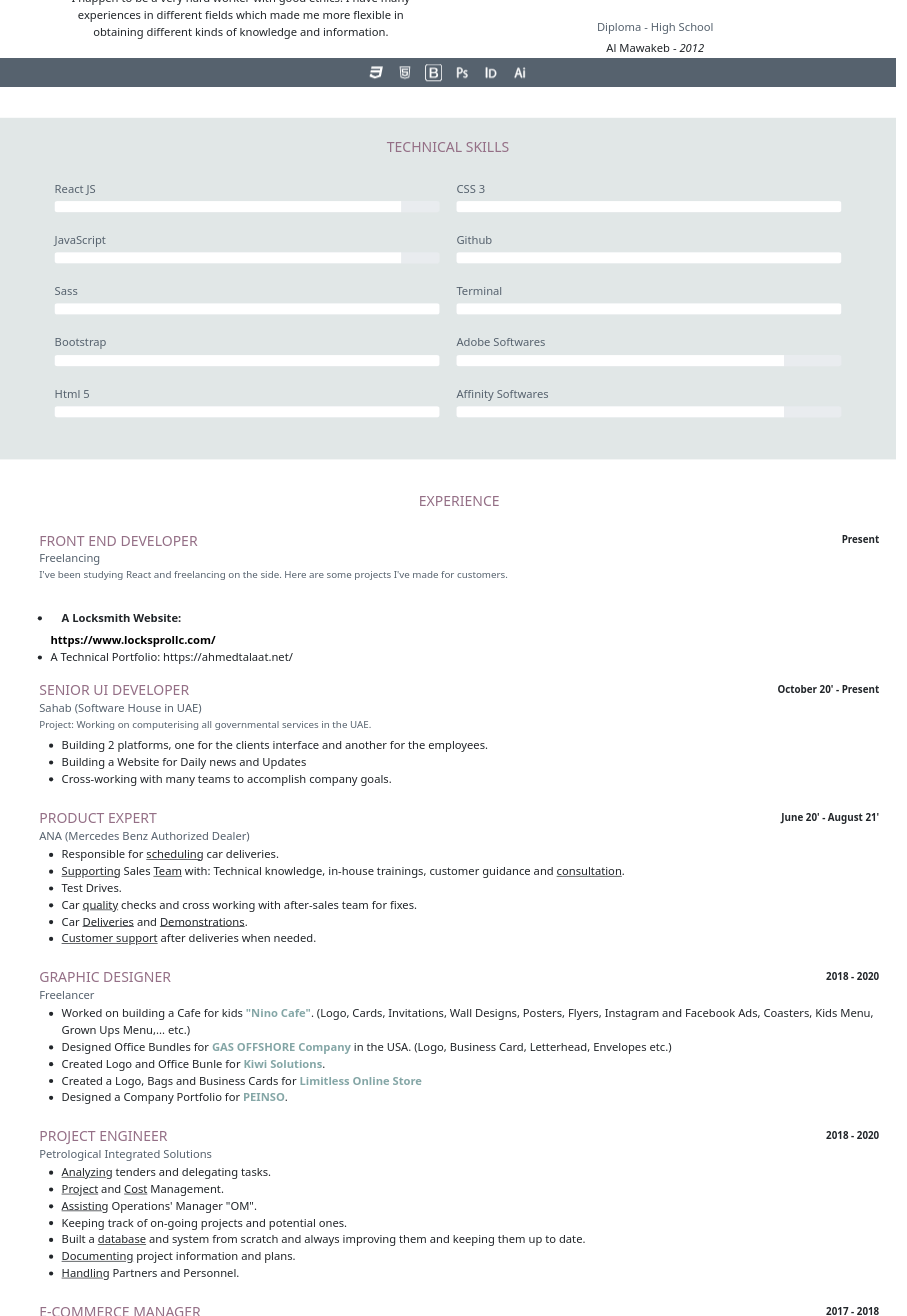
Repository: aya7abbal/my-old-portfolio
Page: resume.html
The author's editor kept a copy of each file at every save. The page is drawn from the files as they stood at one save, then again after the next save.
The browser window is 1280 px wide. The page is 1296 px wide, so the pictures cover 1296 px, including what lies to the right of the window. The pictures show the part of the page from y = 595 to 2475 px (the page is 3115 px tall), at 70% of full size.
Some web fonts or font styles are not loaded; a fallback is used. Some web libraries are served in a nearby version. The style sheet was rebuilt from its Sass, Less or Tailwind sources for each picture, by a compiler version that may differ from the author's.

Above is the page before, as saved 2022-07-07 23:48:11.

After the next save:
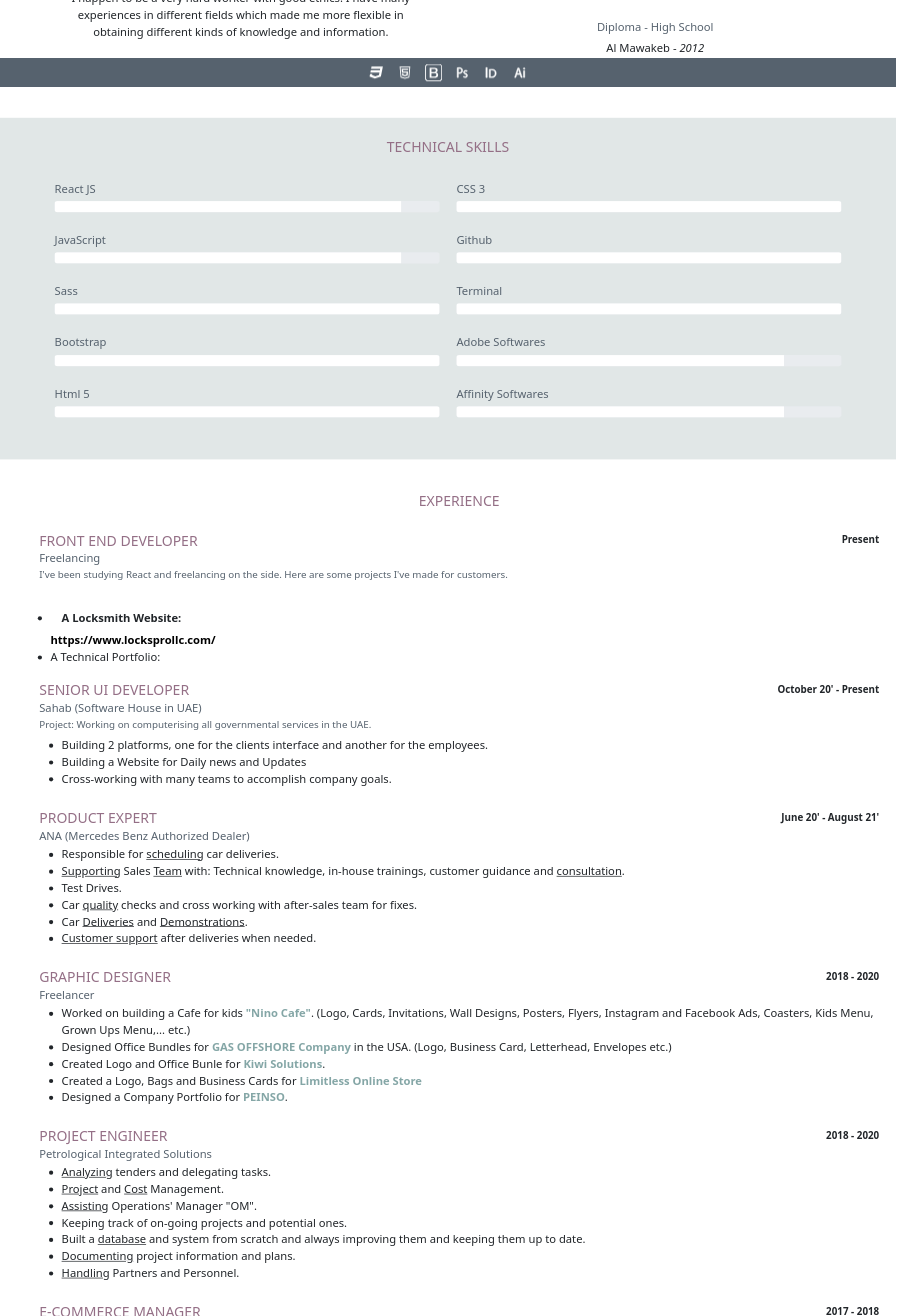
Saved 35 s later.
--- a/resume.html
+++ b/resume.html
@@ -359,7 +359,7 @@
     <h6><small>I've been studying React and freelancing on the side. Here are some projects I've made for customers.</small> </h6>
     <ul class="exp">
         <li>A Locksmith Website: <a href="https://www.locksprollc.com/">https://www.locksprollc.com/</a></li>
-        <li>A Technical Portfolio: https://ahmedtalaat.net/ </li>
+        <li>A Technical Portfolio: <a href="https://ahmedtalaat.net/ "></a></li>
 
 
 
